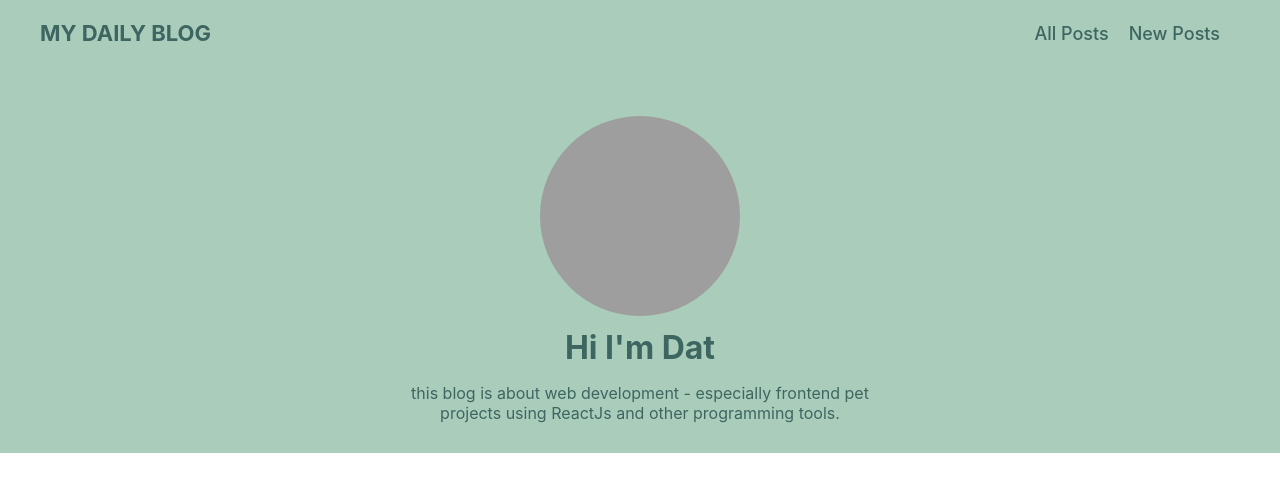
Repository: lyvandat/post-project-nextjs
Page: /
The author's editor kept a copy of each file at every save. The page is drawn from the files as they stood at one save, then again after the next save.
The browser window is 1280 px wide. The pictures show the whole page.
Pictures or frames that could not be fetched are drawn as grey boxes. The project was rebuilt for these pictures with package versions that can differ from the ones it lists, and the page was loaded fresh each time. The framework's server and built-in components were replaced by stand-ins that run in the browser. Also part of the build but not shown: next.config.js.

Above is the page before, as saved 2022-09-25 11:12:42.

After the next save:
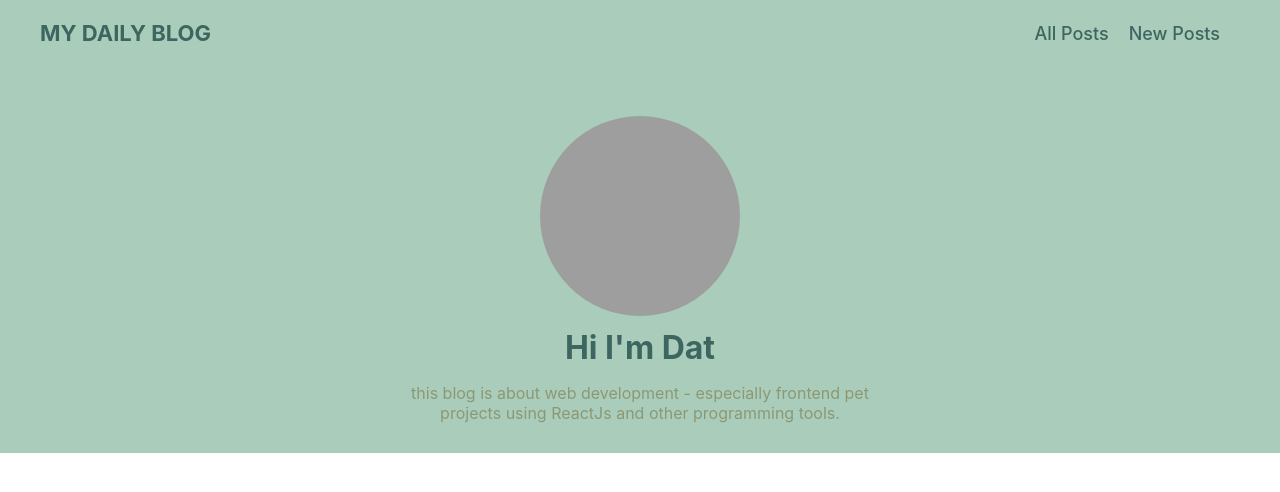
Saved 20 s later.
--- a/components/info/Info.module.css
+++ b/components/info/Info.module.css
@@ -26,4 +26,5 @@
 .info p {
   width: 40%;
   font-size: 1.6rem;
+  color: var(--medium-green);
 }

After the save that followed:
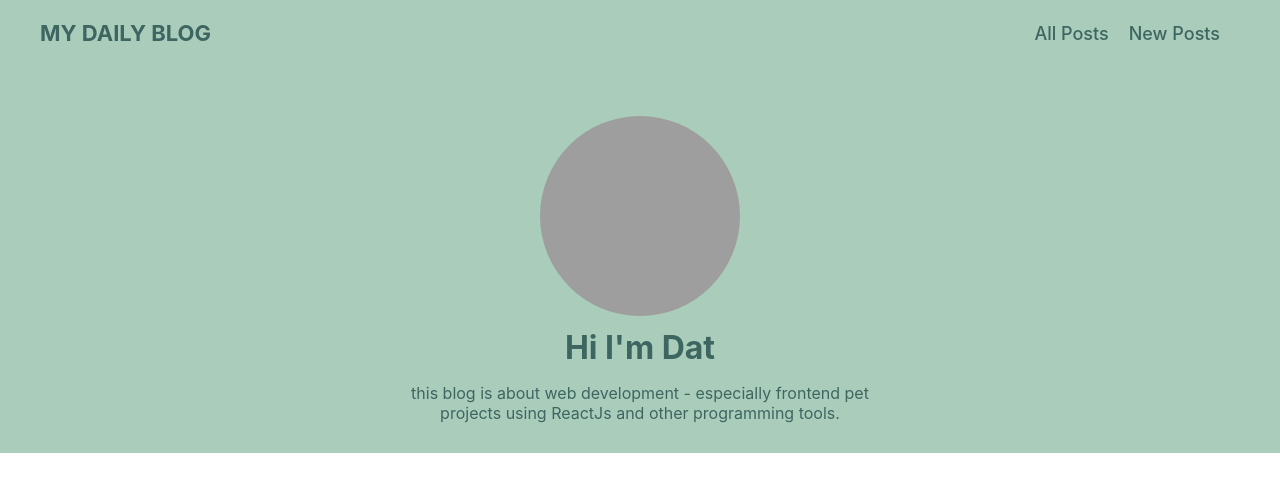
Saved 13 s later.
--- a/components/info/Info.module.css
+++ b/components/info/Info.module.css
@@ -26,5 +26,4 @@
 .info p {
   width: 40%;
   font-size: 1.6rem;
-  color: var(--medium-green);
 }
